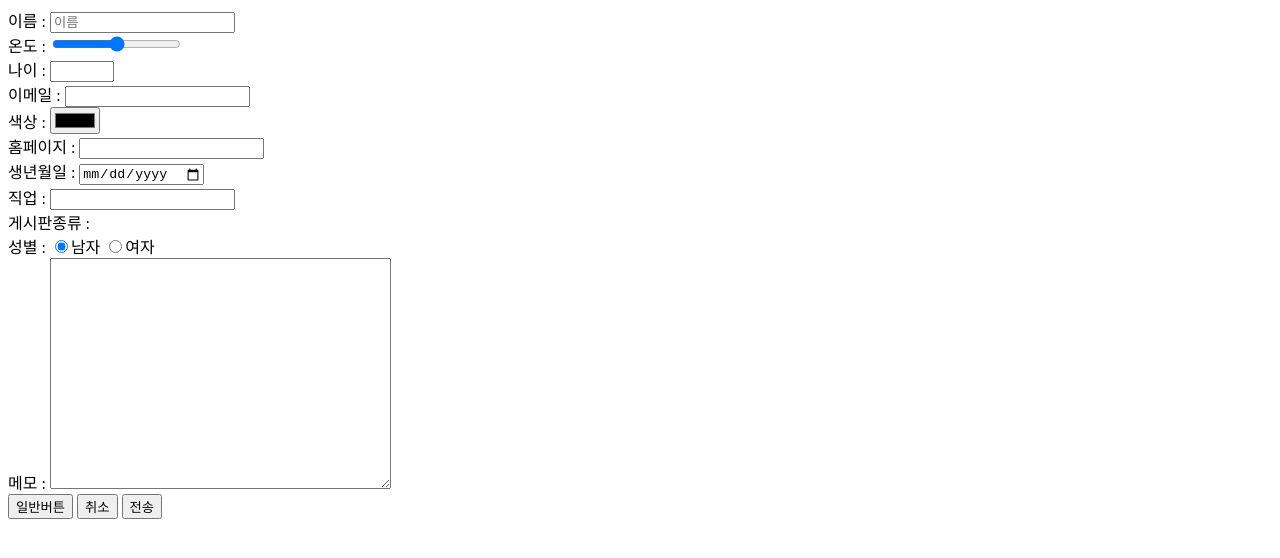
Repository: doridorijamjam2/JSP-Servlet
Page: Day_01/src/main/webapp/formPost.html
The author's editor kept a copy of each file at every save. The page is drawn from the files as they stood at one save, then again after the next save.
The browser window is 1280 px wide. The pictures show the whole page.

Above is the page before, as saved 2021-10-19 04:21:38.

### Day_01/src/main/webapp/formPost.html
<!DOCTYPE html>
<html>
<head>
<meta charset="EUC-KR">
<title>Insert title here</title>
</head>
<body>
	<form action = "formPost" method = "POST">
		<lable for = "name"> 이름 : </lable>
		<input type = "text" name = "name" id = "name" required = "required"
		placeholder = "이름"><br>
		<lable for = "temperature"> 온도 : </lable>
		<input type = "range" name = "temperature" id = "temperature" min = "1"
		max = "100"><br>
		<lable for = "age"> 나이 : </lable>
		<input type = "number" name = "age" id = "age" min = "1"
		max = "100"><br>
		<lable for = "email"> 이메일 : </lable>
		<input type = "email" name = "email" id = "email" ><br>
		<lable for = "color"> 색상 : </lable>
		<input type = "color" name = "color" id = "color" ><br>
		<lable for = "homepage"> 홈페이지 : </lable>
		<input type = "url" name = "homepage" id = "homepage" ><br>
		<lable for = "birthday"> 생년월일 : </lable>
		<input type = "date" name = "birthday" id = "birthday" ><br>
		<lable for = "job"> 직업 : </lable>
		<input type = "text" name = "job" id = "job" list = "jobList" ><br>
		<lable for = "boardType"> 게시판종류 : </lable>
		<input type = "hidden" name = "boardType" id = "boardType" value ="1" ><br>
		<datalist id = "jobList">
		    <option>교수</option>
		    <option>가수</option>
		    <option>유튜버</option>
		    <option>댄서</option>
		    <option>1타강사</option>
		</datalist>
		<lable for = "gender1"> 성별 : </lable>
		<input type = "radio" name = "gender" id = "gender1" value = "M"
		checked = "checked">남자
		<input type = "radio" name = "gender" id = "gender2" value = "F"
		>여자
		<br>
		<label for = "memo">메모 :</label>
		<textarea rows ="15" cols="40" name = "memo" id = "memo"></textarea>
		<br>
		<input type = "button" value = "일반버튼"/>
		<input type = "reset" value = "취소"/>
		<input type = "submit" value = "전송"/>

	</form>
</body>
</html>

After the next save:
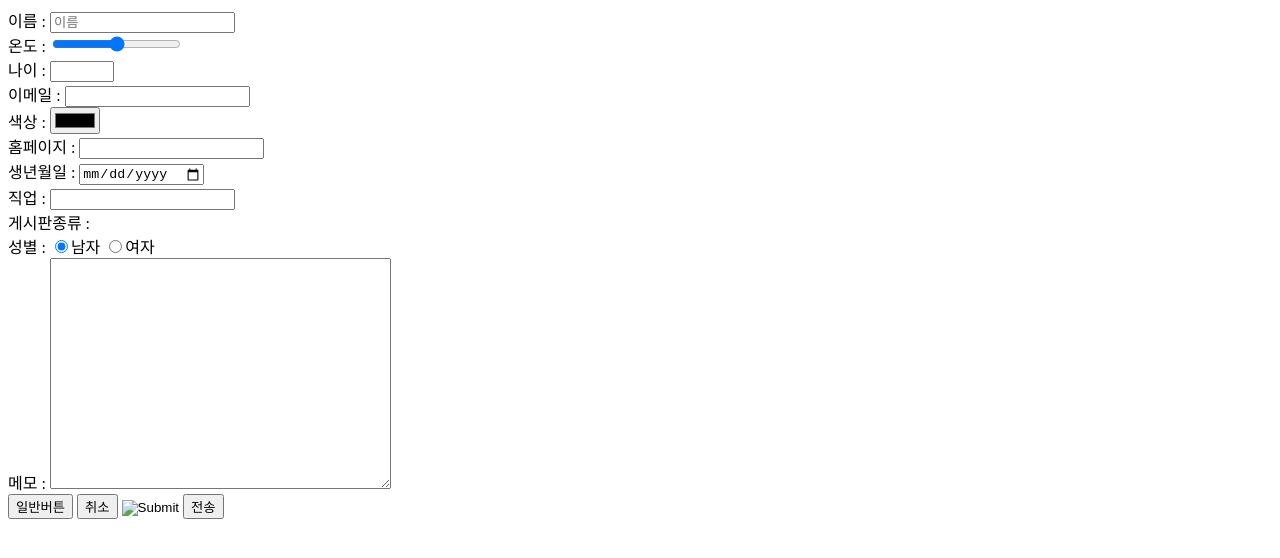
Saved 2 min 57 s later.
--- a/Day_01/src/main/webapp/formPost.html
+++ b/Day_01/src/main/webapp/formPost.html
@@ -41,10 +41,11 @@
 		>여자
 		<br>
 		<label for = "memo">메모 :</label>
-		<textarea rows ="15" cols="40" name = "memo" id = "memo"></textarea>
+		<textarea rows = "15" cols = "40" name = "memo" id = "memo"></textarea>
 		<br>
 		<input type = "button" value = "일반버튼"/>
 		<input type = "reset" value = "취소"/>
+		<input type = "image" src = ""/>
 		<input type = "submit" value = "전송"/>
 
 	</form>
